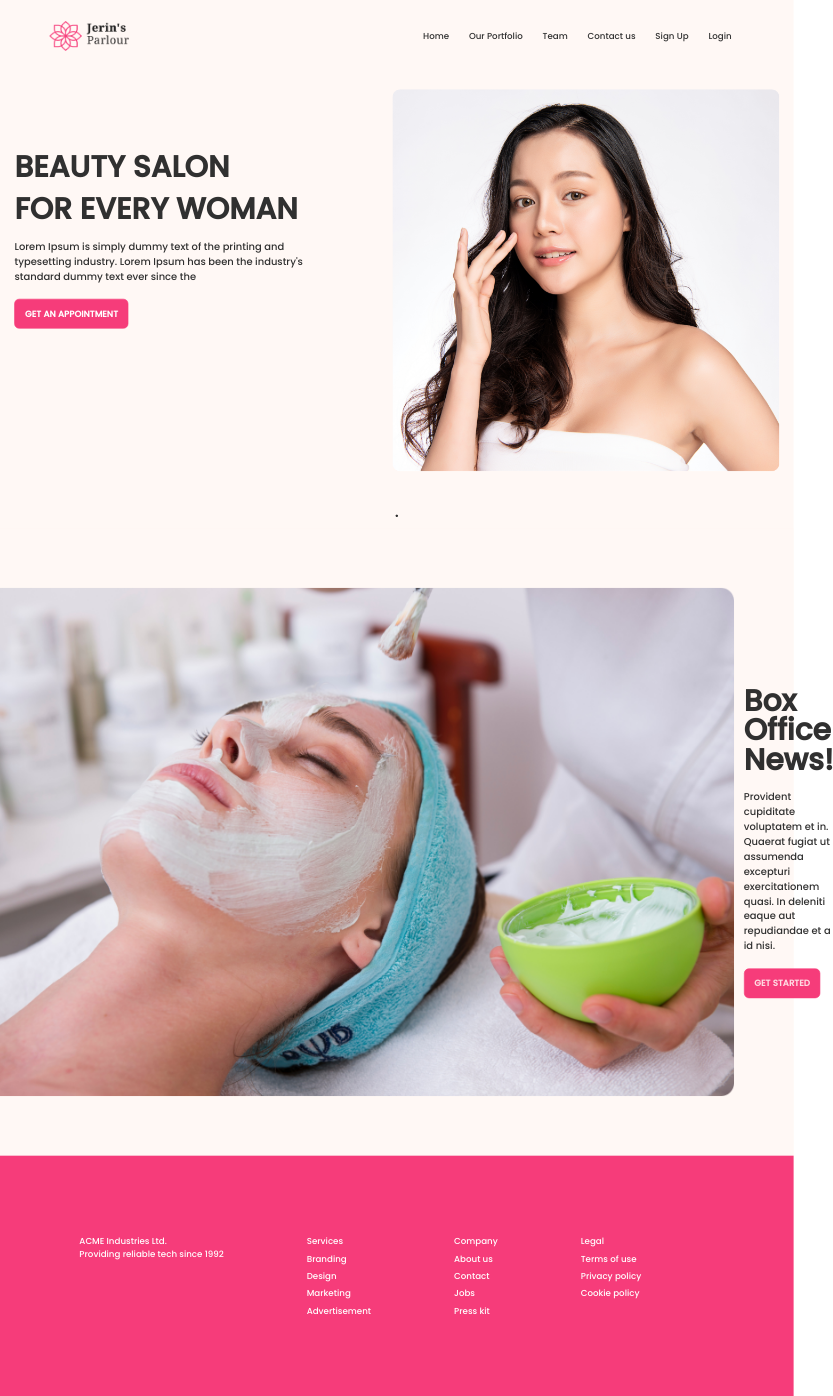
Repository: Wahid137/jerins-parlour-client
Page: /
These files come from the project's save history. The page is drawn as it stood at one moment and after the next save; the edit follows.
The browser window is 1280 px wide. The page is 1344 px wide, then 1280 px, so the pictures cover 1344 px, including what lies to the right of the window. The pictures show the whole page, at 62% of full size.
The page's requests for data from a server got no answer. The project was rebuilt for these pictures with package versions that can differ from the ones it lists, and the page was loaded fresh each time. No one was signed in, and anything a server would have sent is missing. Also part of the build but not shown: src/App.css, src/Pages/Home/Services/ServicesCard.js.

Above is the page before, as saved 2023-07-16 04:11:15.

### public/index.html
<!DOCTYPE html>
<html lang="en">
  <head>
    <meta charset="utf-8" />
    <link rel="icon" href="%PUBLIC_URL%/favicon.ico" />
    <meta name="viewport" content="width=device-width, initial-scale=1" />
    <meta name="theme-color" content="#000000" />
    <meta
      name="description"
      content="Web site created using create-react-app"
    />
    <link rel="preconnect" href="https://fonts.googleapis.com">
    <link rel="preconnect" href="https://fonts.gstatic.com" crossorigin>
    <link href="https://fonts.googleapis.com/css2?family=Poppins:wght@500&display=swap" rel="stylesheet">
    <link rel="apple-touch-icon" href="%PUBLIC_URL%/logo192.png" />
    <!--
      manifest.json provides metadata used when your web app is installed on a
      user's mobile device or desktop. See https://developers.google.com/web/fundamentals/web-app-manifest/
    -->
    <link rel="manifest" href="%PUBLIC_URL%/manifest.json" />
    <!--
      Notice the use of %PUBLIC_URL% in the tags above.
      It will be replaced with the URL of the `public` folder during the build.
      Only files inside the `public` folder can be referenced from the HTML.

      Unlike "/favicon.ico" or "favicon.ico", "%PUBLIC_URL%/favicon.ico" will
      work correctly both with client-side routing and a non-root public URL.
      Learn how to configure a non-root public URL by running `npm run build`.
    -->
    <title>React App</title>
  </head>
  <body>
    <noscript>You need to enable JavaScript to run this app.</noscript>
    <div id="root"></div>
    <!--
      This HTML file is a template.
      If you open it directly in the browser, you will see an empty page.

      You can add webfonts, meta tags, or analytics to this file.
      The build step will place the bundled scripts into the <body> tag.

      To begin the development, run `npm start` or `yarn start`.
      To create a production bundle, use `npm run build` or `yarn build`.
    -->
  </body>
</html>

### src/index.js
import React from 'react';
import ReactDOM from 'react-dom/client';
import './index.css';
import App from './App';
import reportWebVitals from './reportWebVitals';
import { QueryClient, QueryClientProvider } from '@tanstack/react-query'


// Create a client
const queryClient = new QueryClient()

const root = ReactDOM.createRoot(document.getElementById('root'));
root.render(
  <React.StrictMode>
    <QueryClientProvider client={queryClient}>
      <App />
    </QueryClientProvider>
  </React.StrictMode>
);

// If you want to start measuring performance in your app, pass a function
// to log results (for example: reportWebVitals(console.log))
// or send to an analytics endpoint. Learn more: https://bit.ly/CRA-vitals
reportWebVitals();

### src/index.css
@tailwind base;
@tailwind components;
@tailwind utilities;

body {
  background-color: #FFF8F5;
  margin: 0;
  font-family: -apple-system, BlinkMacSystemFont, 'Segoe UI', 'Roboto', 'Oxygen',
    'Ubuntu', 'Cantarell', 'Fira Sans', 'Droid Sans', 'Helvetica Neue',
    sans-serif;
    font-family: 'Poppins', sans-serif;
  -webkit-font-smoothing: antialiased;
  -moz-osx-font-smoothing: grayscale;
}

code {
  font-family: source-code-pro, Menlo, Monaco, Consolas, 'Courier New',
    monospace;
}

### src/App.js
import logo from './logo.svg';
import './App.css';
import { RouterProvider } from 'react-router-dom';
import router from './Routes/Routes/Routes';
import { Toaster } from 'react-hot-toast';

function App() {
  return (
    <div className=" mx-auto">
      <RouterProvider router={router}></RouterProvider>
      <Toaster></Toaster>
    </div>
  );
}

export default App;

### src/Routes/Routes/Routes.js
const { createBrowserRouter } = require("react-router-dom");
const { default: Main } = require("../../Layout/Main");
const { default: Home } = require("../../Pages/Home/Home/Home");

const router = createBrowserRouter([
    {
        path: '/',
        element: <Main></Main>,
        children: [
            {
                path: '/',
                element: <Home></Home>
            }
        ]
    }
])
export default router;

### src/Layout/Main.js
import React from 'react';
import Navbar from '../Shared/Navbar/Navbar';
import { Outlet } from 'react-router-dom';
import Footer from '../Shared/Footer/Footer';

const Main = () => {
    return (
        <div>
            <Navbar></Navbar>
            <Outlet></Outlet>
            <Footer></Footer>
        </div>
    );
};

export default Main;

### src/Pages/Home/Home/Home.js
import React from 'react';
import Banner from '../Banner/Banner';
import Services from '../Services/Services';
import Screen from '../Screen/Screen';

const Home = () => {
    return (
        <div>
            <Banner></Banner>
            <Services></Services>
            <Screen></Screen>
        </div>
    );
};

export default Home;

### src/Shared/Navbar/Navbar.js
import React from 'react';
import logo from '../../assets/logo.png';
import { Link } from 'react-router-dom';

const Navbar = () => {
    const menuItem = <>
        <li><Link to="/">Home</Link></li>
        <li><Link to="/portfolio">Our Portfolio</Link></li>
        <li><Link to="/team">Team</Link></li>
        <li><Link to="/dashboard">Contact us</Link></li>
        <li><Link to="/signup">Sign Up</Link></li>
        <li><Link to="/login">Login</Link></li>

    </>
    return (
        <div className="navbar flex justify-between px-20 pt-8">
            <div className="navbar-start">
                <div className="dropdown">
                    <label tabIndex={0} className="btn btn-ghost lg:hidden">
                        <svg xmlns="http://www.w3.org/2000/svg" className="h-5 w-5" fill="none" viewBox="0 0 24 24" stroke="currentColor"><path strokeLinecap="round" strokeLinejoin="round" strokeWidth="2" d="M4 6h16M4 12h8m-8 6h16" /></svg>
                    </label>
                    <ul tabIndex={1} className="menu menu-sm dropdown-content mt-3 z-[1] p-2 shadow bg-base-100 rounded-box w-52">
                        {menuItem}
                    </ul>
                </div>
                <Link to="/" className="w-32">
                    <img src={logo} alt="" />
                </Link>
            </div>
            <div className="navbar-center hidden lg:flex">
                <ul className="menu menu-horizontal px-1">
                    {menuItem}
                </ul>
            </div>
            <label htmlFor="dashboard-drawer" tabIndex={2} className="btn btn-ghost lg:hidden">
                <svg xmlns="http://www.w3.org/2000/svg" className="h-5 w-5" fill="none" viewBox="0 0 24 24" stroke="currentColor"><path strokeLinecap="round" strokeLinejoin="round" strokeWidth="2" d="M4 6h16M4 12h8m-8 6h16" /></svg>
            </label>

        </div>
    );
};

export default Navbar;

### src/Shared/Footer/Footer.js
import React from 'react';


const Footer = () => {
    return (
        <footer className="footer p-32 bg-primary text-white w-full max-w-full">
            <div>
                <p>ACME Industries Ltd.<br />Providing reliable tech since 1992</p>
            </div>
            <div>
                <span className=" text-white">Services</span>
                <a href="/" className="link link-hover">Branding</a>
                <a href="/" className="link link-hover">Design</a>
                <a href="/" className="link link-hover">Marketing</a>
                <a href="/" className="link link-hover">Advertisement</a>
            </div>
            <div>
                <span className="">Company</span>
                <a href="/" className="link link-hover">About us</a>
                <a href="/" className="link link-hover">Contact</a>
                <a href="/" className="link link-hover">Jobs</a>
                <a href="/" className="link link-hover">Press kit</a>
            </div>
            <div>
                <span className="">Legal</span>
                <a href="/" className="link link-hover">Terms of use</a>
                <a href="/" className="link link-hover">Privacy policy</a>
                <a href="/" className="link link-hover">Cookie policy</a>
            </div>
        </footer>
    );
};

export default Footer;

### src/Pages/Home/Banner/Banner.js
import React from 'react';
import woman from '../../../assets/images/woman.png';
import PrimaryButton from '../../../Components/PrimaryButton/PrimaryButton';

const Banner = () => {
    return (
        <div className="hero" >
            <div className="hero-content flex-col lg:flex-row-reverse min-h-screen">

                <img src={woman} className="rounded-lg lg:w-1/2" alt="" />

                <div className='lg:me-32 lg:-mt-32'>
                    <h1 className="text-5xl font-bold mt-0 mb-5">BEAUTY SALON</h1>
                    <h1 className="text-5xl font-bold">FOR EVERY WOMAN</h1>
                    <p className="py-6">Lorem Ipsum is simply dummy text of the printing and <br /> typesetting industry. Lorem Ipsum has been the industry's <br /> standard dummy text ever since the</p>
                    <PrimaryButton>Get an Appointment</PrimaryButton>
                </div>
            </div>
        </div>
    );
};

export default Banner;

### src/Pages/Home/Services/Services.js
import { useQuery } from '@tanstack/react-query';
import React from 'react';
import Loading from '../../../Shared/Loading/Loading';


import ServicesCard from './ServicesCard';
import PrimaryButton from '../../../Components/PrimaryButton/PrimaryButton';



const Services = () => {
    const { data: services = [], isLoading } = useQuery({
        queryKey: ['services'],
        queryFn: () => fetch('http://localhost:5000/services')
            .then(res => res.json())
    })


    if (isLoading) {
        return <Loading></Loading>;
    }

    return (
        <div className='p-0 my-5'>
            <div className='mx-auto mb-4 py-10 text-center w-1/2'>
                <p className='text-2xl font-bold'>Our Awesome <span className='text-primary'>Services</span></p>
            </div>
            <div className='grid gap-1 grid-cols-1 md:grid-cols-2 lg:grid-cols-3'>
                {
                    services.map(service => <ServicesCard
                        key={service._id}
                        service={service}
                    ></ServicesCard>)
                }
            </div>
            <div className='text-center mt-10'>
                <PrimaryButton >Explore More</PrimaryButton>
            </div>

        </div >
    );
};

export default Services;

### src/Pages/Home/Screen/Screen.js
import React from 'react';
import face from '../../../assets/images/face.png'

const Screen = () => {
    return (
        <div className="hero py-20 bg-secondary">
            <div className="hero-content flex-col lg:flex-row">
                <img src={face} className=" rounded-lg" alt="" />
                <div className='lg:w-1/2'>
                    <h1 className="text-5xl font-bold">Box Office News!</h1>
                    <p className="py-6">Provident cupiditate voluptatem et in. Quaerat fugiat ut assumenda excepturi exercitationem quasi. In deleniti eaque aut repudiandae et a id nisi.</p>
                    <button className="btn btn-primary">Get Started</button>
                </div>
            </div>
        </div>
    );
};

export default Screen;

### src/Components/PrimaryButton/PrimaryButton.js
import React from 'react';

const PrimaryButton = ({ children }) => {
    return (
        <button className="btn btn-primary text-white">{children}</button>
    );
};

export default PrimaryButton;

### src/Shared/Loading/Loading.js
import React from 'react';

const Loading = () => {
    return (
        <div className="flex items-center justify-center">
            <span className="loading loading-ring loading-lg"></span>
        </div>
    );
};

export default Loading;

### tailwind.config.js
/** @type {import('tailwindcss').Config} */
module.exports = {
  content: [
    "./src/**/*.{js,jsx,ts,tsx}",
  ],
  daisyui: {
    themes: [
      {
        parlourTheme: {
          primary: '#F63E7B',
          secondary: '#FFF8F5',
          accent: '##F4F7FC',
          neutral: '#3D4451',
          "base-100": '#FFFFFF',
        }
      }
    ]
  },
  theme: {
    extend: {},
  },
  plugins: [require("daisyui")],
}

Loaded but not shown: src/reportWebVitals.js (common file)

After the next save:
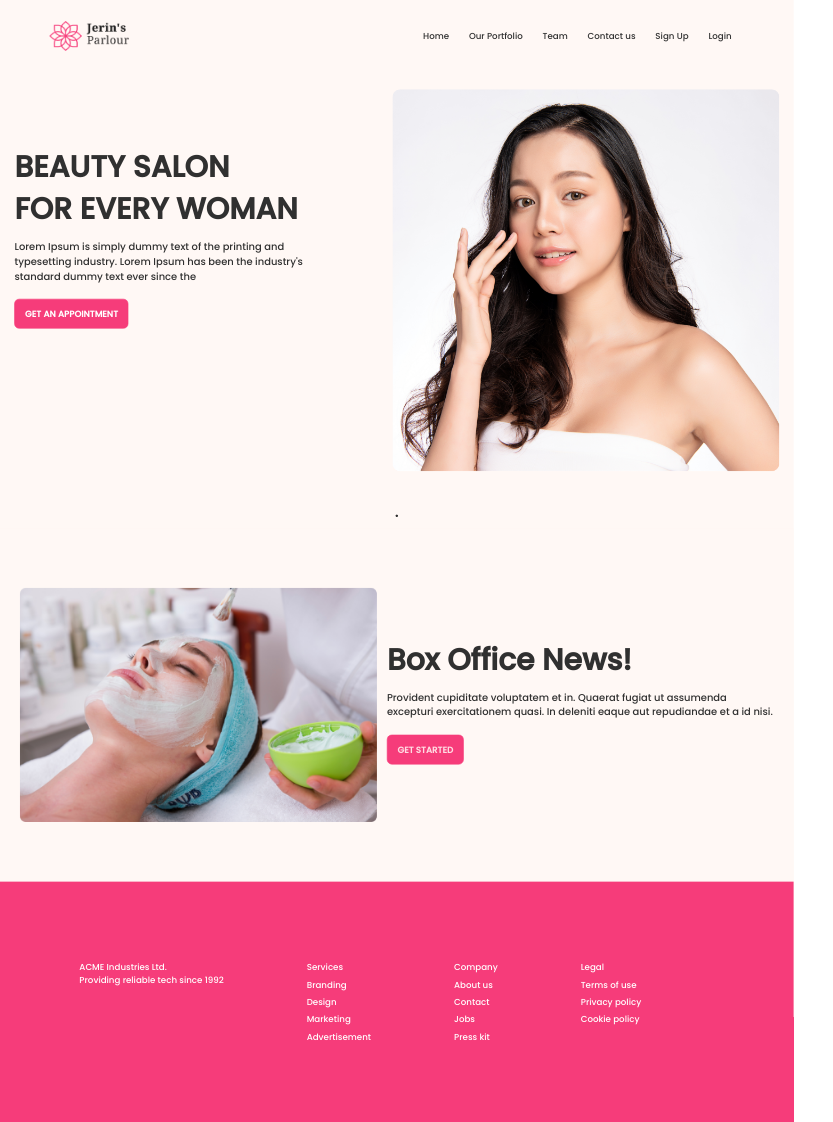
Saved 10 s later.
--- a/src/Pages/Home/Screen/Screen.js
+++ b/src/Pages/Home/Screen/Screen.js
@@ -5,7 +5,7 @@ const Screen = () => {
     return (
         <div className="hero py-20 bg-secondary">
             <div className="hero-content flex-col lg:flex-row">
-                <img src={face} className=" rounded-lg" alt="" />
+                <img src={face} className="max-w-xl rounded-lg" alt="" />
                 <div className='lg:w-1/2'>
                     <h1 className="text-5xl font-bold">Box Office News!</h1>
                     <p className="py-6">Provident cupiditate voluptatem et in. Quaerat fugiat ut assumenda excepturi exercitationem quasi. In deleniti eaque aut repudiandae et a id nisi.</p>
